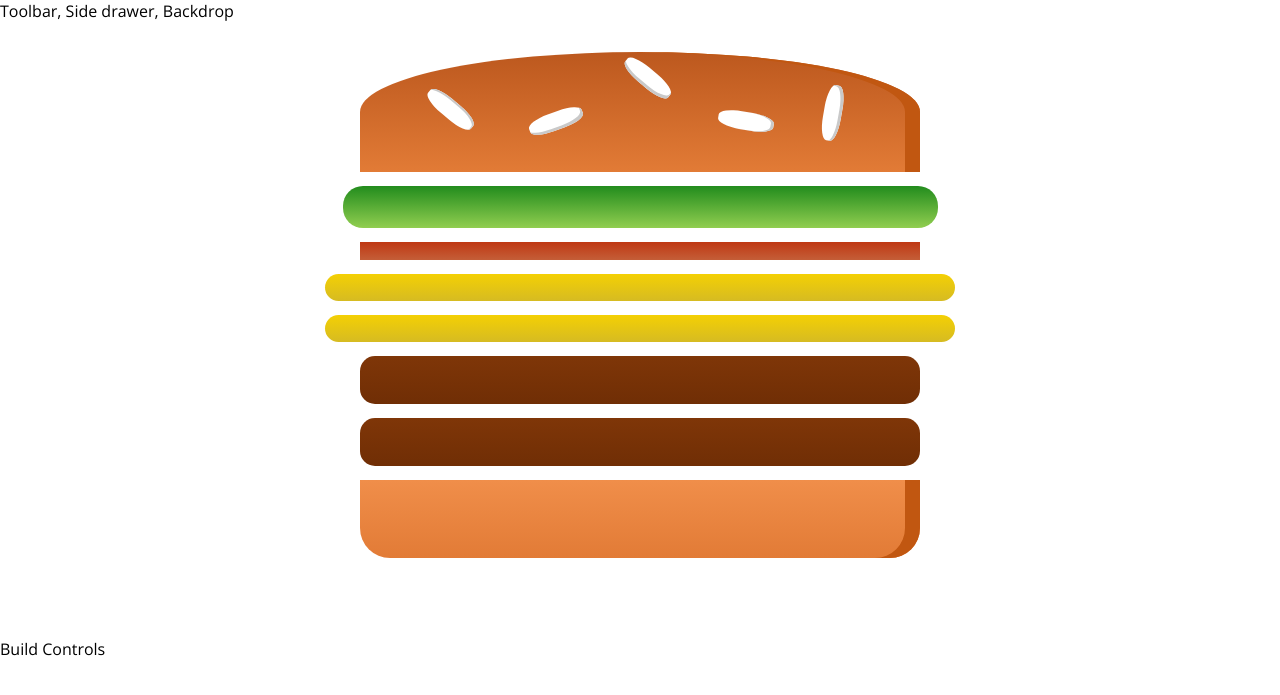
Repository: AidanHak/burger-builder
Page: /
These files come from the project's save history. The page is drawn as it stood at one moment and after the next save; the edit follows.
The browser window is 1280 px wide. The pictures show the whole page.
The project was rebuilt for these pictures with package versions that can differ from the ones it lists, and the page was loaded fresh each time.

Above is the page before, as saved 2021-03-10 14:38:49.

After the next save:
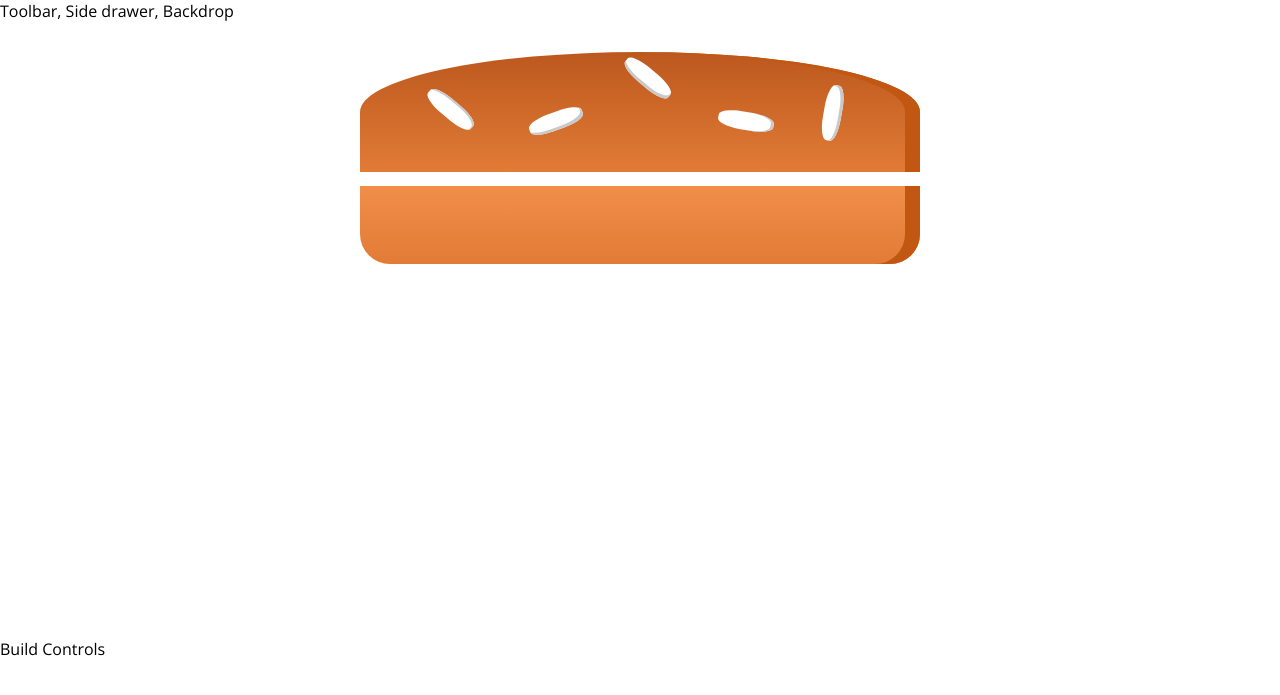
Saved 79 s later.
--- a/src/containers/BurgerBuilder/BurgerBuilder.js
+++ b/src/containers/BurgerBuilder/BurgerBuilder.js
@@ -9,10 +9,10 @@ class BurgerBuilder extends Component {
 	// }
 	state = {
 		ingredients: {
-			salad: 1,
-			bacon: 1,
-			cheese: 2,
-			meat: 2
+			salad: 0,
+			bacon: 0,
+			cheese: 0,
+			meat: 0
 		}
 	}
 
